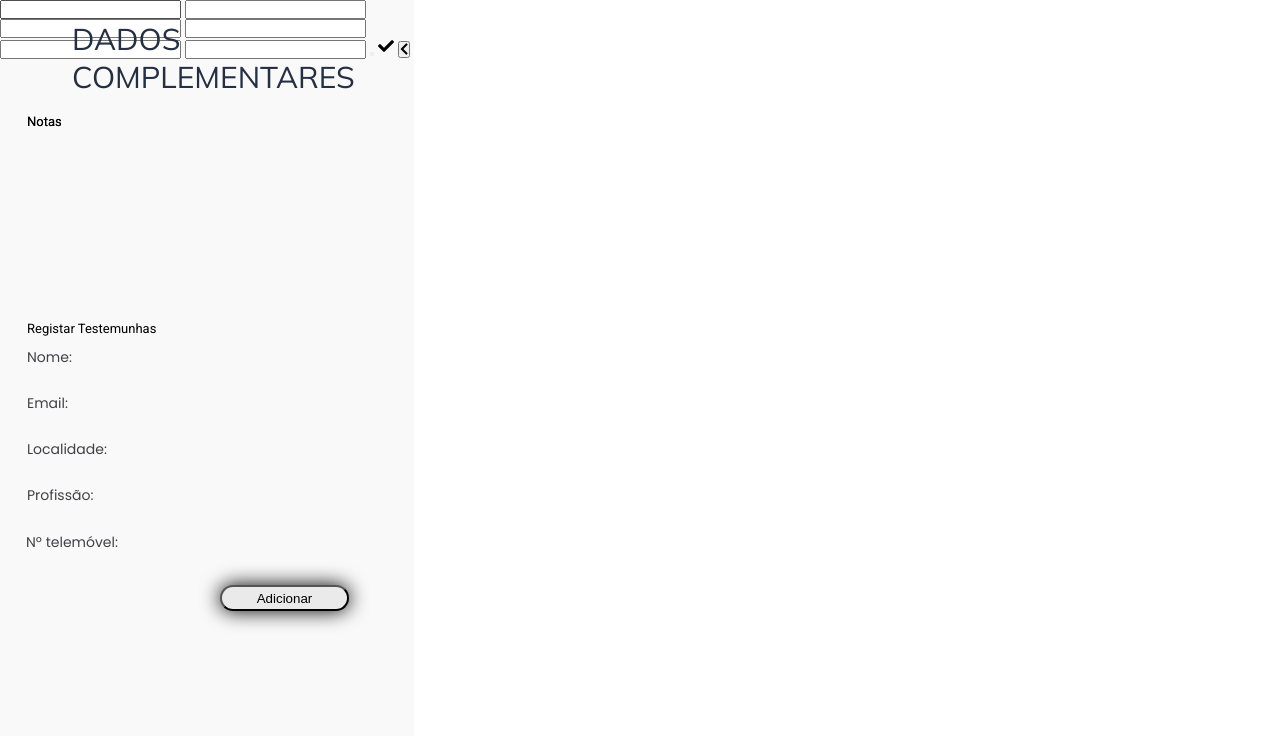
Repository: UnivMinho/D12_frontend
Page: Responsável no Terreno/Front-Office/DadosComplementares.html
The author's editor kept a record of every edit. The page is drawn from the files as they stood at one moment, then again after the next edit.
The browser window is 1280 px wide. The pictures show the whole page.
Some web libraries are served in a nearby version.

Above is the page before.

### Responsável no Terreno/Front-Office/DadosComplementares.html
<!DOCTYPE html>
<html>

<head>
    <meta charset="utf-8">
    <meta name="viewport" content="width=device-width, initial-scale=1, maximum-scale=1, user-scalable=no">
    <link href="https://fonts.googleapis.com/css?family=Mulish&display=swap" rel="stylesheet" />
    <link href="https://fonts.googleapis.com/css?family=Poppins&display=swap" rel="stylesheet" />
    <link href="https://fonts.googleapis.com/css?family=Roboto&display=swap" rel="stylesheet" />
    <link href="./DadosComplementares.css" rel="stylesheet" />
    <link rel="stylesheet" href="https://pro.fontawesome.com/releases/v5.10.0/css/all.css" integrity="sha384-AYmEC3Yw5cVb3ZcuHtOA93w35dYTsvhLPVnYs9eStHfGJvOvKxVfELGroGkvsg+p" crossorigin="anonymous"/>

    <title>DadosComplementares</title>

</head>

<body>
    <div class="screen">
        <span class="textoNotas">Notas</span>
        <input id="inputNotas"  class="inputNotas"></input>
        <span class="DadosComplementares">DADOS COMPLEMENTARES</span>
        <button class="botaoAdicionar">Adicionar</button>
        <span class="textoNotas">Notas</span>
        <span class="textoRegistarTestemunhas">Registar Testemunhas</span>
        <span class="textoNome">Nome:</span>
        <input id="inputNome" class="inputNome"></input>
        <span class="textoEmail">Email:</span>
        <input id="inputEmail" class="inputEmail"></input>
        <span class="textoLocalidade">Localidade:</span>
        <input id="inputLocalidade" class="inputLocalidade"></input>
        <span class="textoProfissao">Profissão:</span>
        <input id="inputProfissao" class="inputProfissao"></input>
        <span class="textoTelemovel">Nº telemóvel:</span>
        <input id="inputTelemovel" class="inputTelemovel"></input>
        <button id="botaoCheck" class="botaoCheck"></button>
        <i id="iconCheck" class="fas fa-check"></i>

        <button id="buttonbackDadosComplementares" class="fas fa-chevron-left" onclick="goBack()"></button>
    </div>
    <script type="text/javascript" src="DadosComplementares.js"></script>
</body>

</html>

### Responsável no Terreno/Front-Office/DadosComplementares.css
* {
    overflow-x: hidden;
    padding: 0px !important;
    margin: 0px !important;
}

.screen {
    width: 414px;
    height: 736px;
    background: rgba(250, 249, 249, 1);
    opacity: 1;
    position: absolute;
    top: 0px;
    left: 0px;
    overflow: hidden;
}

.DadosComplementares {
    width: 316px;
    color: rgba(36, 47, 65, 1);
    position: absolute;
    top: 20px;
    left: 72px;
    font-family: Mulish;
    font-weight: Light;
    font-size: 30px;
    opacity: 1;
    text-align: left;
}

.caixaNotas {
    width: 325px;
    height: 173px;
    background: rgba(255, 255, 255, 1);
    opacity: 1;
    position: absolute;
    top: 130px;
    left: 27px;
    border: 1px solid rgba(229, 229, 234, 1);
    border-top-left-radius: 10px;
    border-top-right-radius: 10px;
    border-bottom-left-radius: 10px;
    border-bottom-right-radius: 10px;
    overflow: hidden;
}


.botaoAdicionar {
    width: 129px;
    height: 26px;
    background: rgba(234, 234, 234, 1);
    opacity: 1;
    position: absolute;
    top: 585px;
    left: 220px;
    border-top-left-radius: 32px;
    border-top-right-radius: 32px;
    border-bottom-left-radius: 32px;
    border-bottom-right-radius: 32px;
    box-shadow: 0px 0px 20px rgba(1, 1, 1, 1);
    overflow: hidden;
}

.textoAdicionar {
    width: 106px;
    color: rgba(90, 93, 89, 1);
    position: absolute;
    top: 2px;
    left: 14px;
    font-family: Poppins;
    font-weight: Medium;
    font-size: 14px;
    opacity: 1;
    text-align: center;
}

.textoNotas {
    width: 45px;
    color: rgba(0, 0, 0, 1);
    position: absolute;
    top: 114px;
    left: 27px;
    font-family: Roboto;
    font-weight: Black;
    font-size: 13px;
    opacity: 1;
    text-align: left;
}

.textoRegistarTestemunhas {
       width: 169px;
    color: rgba(0, 0, 0, 1);
    position: absolute;
    top: 321px;
    left: 27px;
    font-family: Roboto;
    font-weight: Black;
    font-size: 13px;
    opacity: 1;
    text-align: left;

}

.textoEscreva {
     width: 295px;
    color: rgba(150, 147, 147, 1);
    position: absolute;
    top: 142px;
    left: 42px;
    font-family: Roboto;
    font-weight: Regular;
    font-size: 11px;
    opacity: 1;
    text-align: left;
}

.textoNome {
    width: 49px;
    color: rgba(65, 65, 69, 1);
    position: absolute;
    top: 347px;
    left: 27px;
    font-family: Poppins;
    font-weight: Medium;
    font-size: 14px;
    opacity: 1;
    text-align: left;
}

.caixaNome {
    width: 264px;
    height: 36px;
    background: rgba(255, 255, 255, 1);
    opacity: 1;
    position: absolute;
    top: 341px;
    left: 88px;
    border: 1px solid rgba(229, 229, 234, 1);
    border-top-left-radius: 10px;
    border-top-right-radius: 10px;
    border-bottom-left-radius: 10px;
    border-bottom-right-radius: 10px;
    overflow: hidden;
}

.textoEmail {
    width: 46px;
    color: rgba(65, 65, 69, 1);
    position: absolute;
    top: 393px;
    left: 27px;
    font-family: Poppins;
    font-weight: Medium;
    font-size: 14px;
    opacity: 1;
    text-align: left;
}

.caixaEmail {
    width: 264px;
    height: 36px;
    background: rgba(255, 255, 255, 1);
    opacity: 1;
    position: absolute;
    top: 387px;
    left: 88px;
    border: 1px solid rgba(229, 229, 234, 1);
    border-top-left-radius: 10px;
    border-top-right-radius: 10px;
    border-bottom-left-radius: 10px;
    border-bottom-right-radius: 10px;
    overflow: hidden;
}

.textoLocalidade {
    width: 89px;
    color: rgba(65, 65, 69, 1);
    position: absolute;
    top: 439px;
    left: 27px;
    font-family: Poppins;
    font-weight: Medium;
    font-size: 14px;
    opacity: 1;
    text-align: left;
}

.caixaLocalidade {
    width: 224px;
    height: 36px;
    background: rgba(255, 255, 255, 1);
    opacity: 1;
    position: absolute;
    top: 433px;
    left: 128px;
    border: 1px solid rgba(229, 229, 234, 1);
    border-top-left-radius: 10px;
    border-top-right-radius: 10px;
    border-bottom-left-radius: 10px;
    border-bottom-right-radius: 10px;
    overflow: hidden;
}

.textoProfissao {
    width: 75px;
    color: rgba(65, 65, 69, 1);
    position: absolute;
    top: 485px;
    left: 27px;
    font-family: Poppins;
    font-weight: Medium;
    font-size: 14px;
    opacity: 1;
    text-align: left;
}

.textoTelemovel {
    width: 103px;
    color: rgba(65, 65, 69, 1);
    position: absolute;
    top: 532px;
    left: 26px;
    font-family: Poppins;
    font-weight: Medium;
    font-size: 14px;
    opacity: 1;
    text-align: left;
}

.caixaProfissao {
    width: 236px;
    height: 36px;
    background: rgba(255, 255, 255, 1);
    opacity: 1;
    position: absolute;
    top: 479px;
    left: 116px;
    border: 1px solid rgba(229, 229, 234, 1);
    border-top-left-radius: 10px;
    border-top-right-radius: 10px;
    border-bottom-left-radius: 10px;
    border-bottom-right-radius: 10px;
    overflow: hidden;
}

.caixaTelemovel {
    width: 210px;
    height: 36px;
    background: rgba(255, 255, 255, 1);
    opacity: 1;
    position: absolute;
    top: 524px;
    left: 142px;
    border: 1px solid rgba(229, 229, 234, 1);
    border-top-left-radius: 10px;
    border-top-right-radius: 10px;
    border-bottom-left-radius: 10px;
    border-bottom-right-radius: 10px;
    overflow: hidden;
}

.botaoCerto {
    width: 60px;
    height: 60px;
    background: rgba(234, 234, 234, 1);
    opacity: 1;
    position: absolute;
    top: 645px;
    left: 286px;
    border-top-left-radius: 32px;
    border-top-right-radius: 32px;
    border-bottom-left-radius: 32px;
    border-bottom-right-radius: 32px;
    box-shadow: 0px 0px 20px rgba(1, 1, 1, 1);
    overflow: hidden;
}

### Responsável no Terreno/Front-Office/DadosComplementares.js
const variavel = document.getElementById("buttonbackDadosComplementares");
variavel.onclick = goBack;

function goBack() { //voltar para a página anterior
    window.history.back()
}

After the next edit:
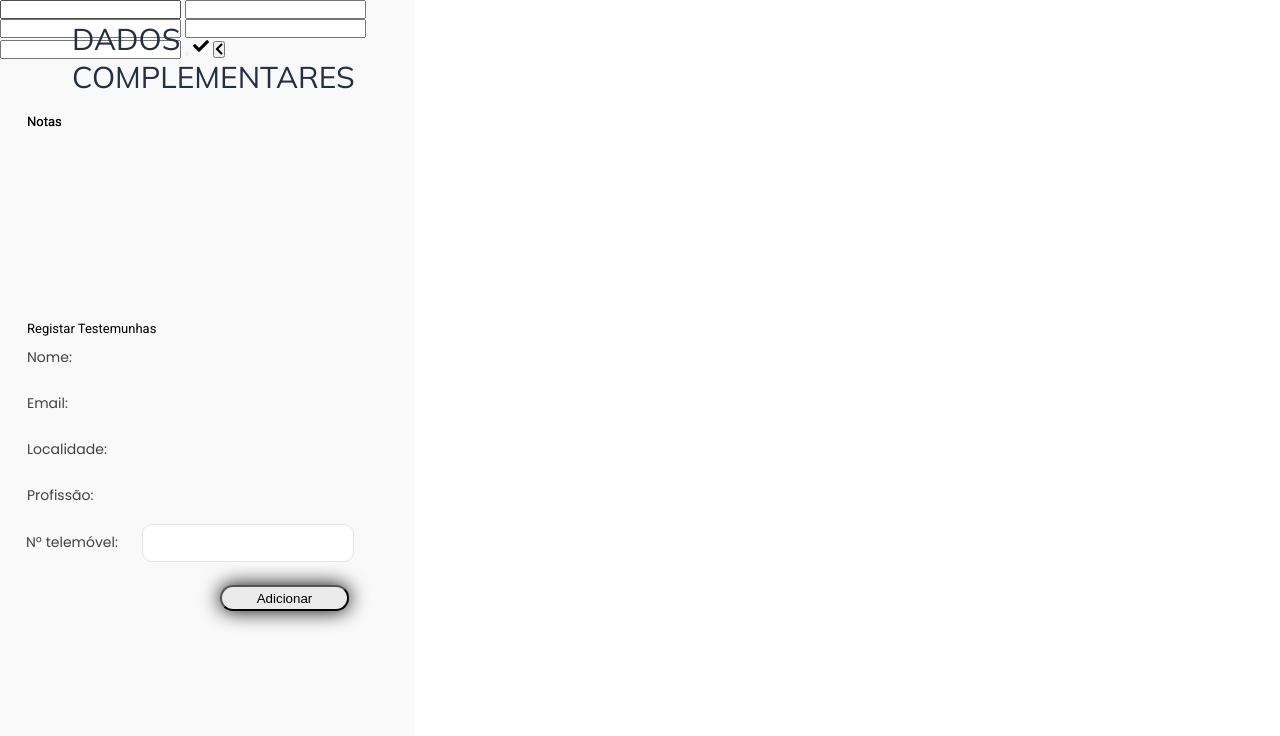
The edit:
--- a/Responsável no Terreno/Front-Office/DadosComplementares.css
+++ b/Responsável no Terreno/Front-Office/DadosComplementares.css
@@ -243,7 +243,7 @@
     overflow: hidden;
 }
 
-.caixaTelemovel {
+.inputTelemovel {
     width: 210px;
     height: 36px;
     background: rgba(255, 255, 255, 1);
